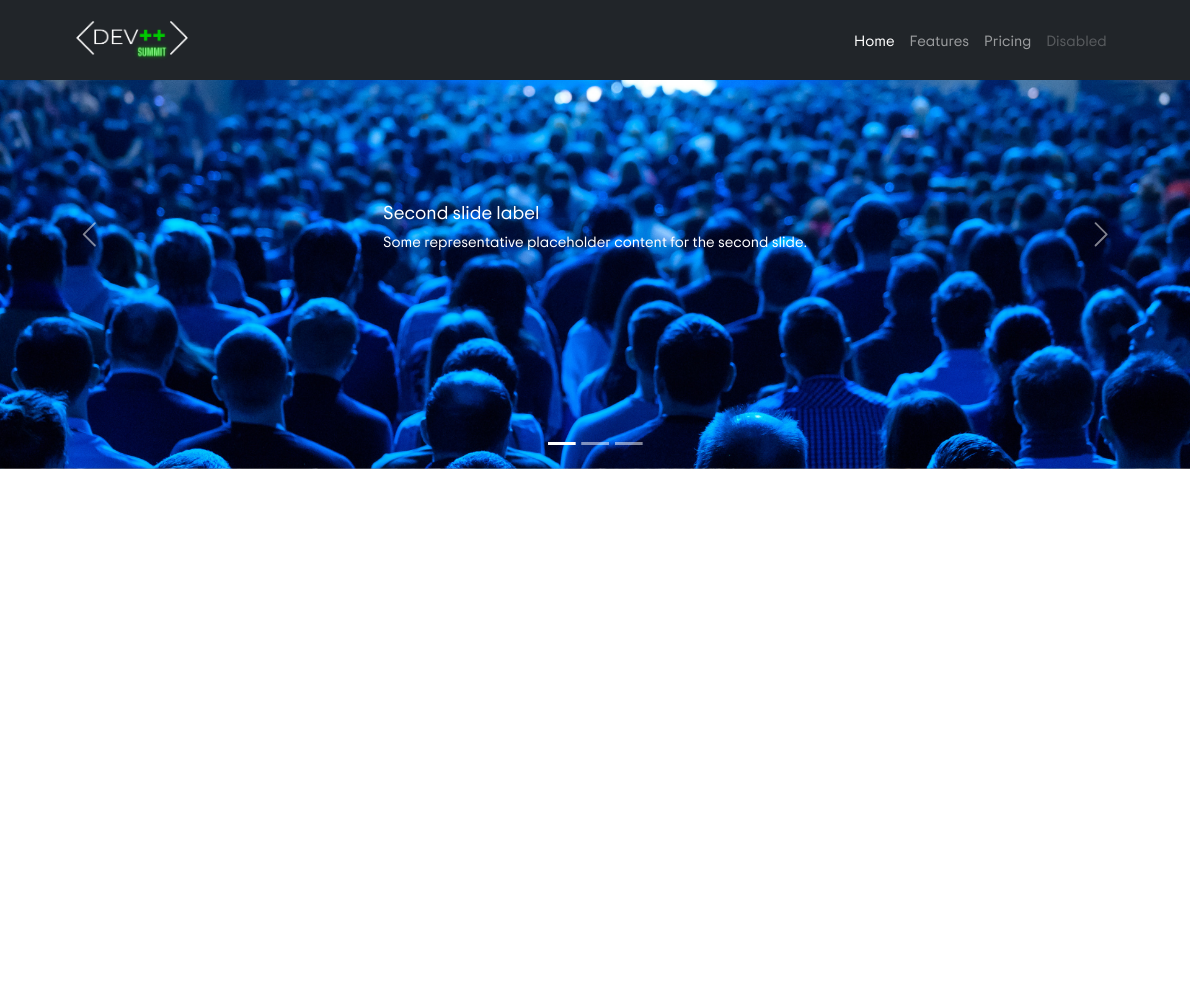
Repository: GScholl/ProjetoWeb_
Page: index.html
The author's editor kept a copy of each file at every save. The page is drawn from the files as they stood at one save, then again after the next save.
The browser window is 1280 px wide. The pictures show the whole page, at 93% of full size.

Above is the page before, as saved 2023-08-23 09:27:18.

### index.html
<!DOCTYPE html>
<html lang="pt-BR">

<head>
  <meta charset="UTF-8">
  <meta name="viewport" content="width=device-width, initial-scale=1.0">
  <title>Dev+</title>
  <link rel="stylesheet" href="/Bootstrap/css/bootstrap.min.css">
  <link rel="stylesheet" href="/css/style.css">
</head>

<body>
  <nav class="navbar navbar-expand-lg fixed-top navbar-dark bg-dark t">
    <div class="container d-flex  flex-row  justify-content-between">


        <a class="navbar-brand" href="#"><img src="/img/DEV+.png" alt="logotipo da conferência" class="logo"></a>
        <button class="navbar-toggler" type="button" data-bs-toggle="collapse" data-bs-target="#navbarNav"
          aria-controls="navbarNav" aria-expanded="false" aria-label="Toggle navigation">
          <span class="navbar-toggler-icon"></span>
        </button>

      <div class="collapse navbar-collapse justify-content-end " id="navbarNav">
        <ul class="navbar-nav">
          <li class="nav-item">
            <a class="nav-link active" aria-current="page" href="#">Home</a>
          </li>
          <li class="nav-item">
            <a class="nav-link" href="#">Features</a>
          </li>
          <li class="nav-item">
            <a class="nav-link" href="#">Pricing</a>
          </li>
          <li class="nav-item">
            <a class="nav-link disabled">Disabled</a>
          </li>
        </ul>
      </div>

    </div>
  </nav>
<div id="carouselExampleCaptions" class="carousel slide" data-bs-ride="false">
  <div class="carousel-indicators">
    <button type="button" data-bs-target="#carouselExampleCaptions" data-bs-slide-to="0" class="active"
      aria-current="true" aria-label="Slide 1"></button>
    <button type="button" data-bs-target="#carouselExampleCaptions" data-bs-slide-to="1" aria-label="Slide 2"></button>
    <button type="button" data-bs-target="#carouselExampleCaptions" data-bs-slide-to="2" aria-label="Slide 3"></button>
  </div>

  <div class="carousel-inner">
    <div class="carousel-item active  item-1">

      <div class="carousel-caption d-none d-md-block">
        <h5>First slide label</h5>
        <p>Some representative placeholder content for the first slide.</p>
      </div>
    </div>
    <div class="carousel-item d-flex justify-content-center align-items-center item-2 ">

      <div class="text-white d-none d-md-block">
        <h5>Second slide label</h5>
        <p>Some representative placeholder content for the second slide.</p>
      </div>
    </div>
    <div class="carousel-item item-3">

      <div class="carousel-caption d-none d-md-block">
        <h5>Third slide label</h5>
        <p>Some representative placeholder content for the third slide.</p>
      </div>
    </div>
  </div>
  <button class="carousel-control-prev" type="button" data-bs-target="#carouselExampleCaptions" data-bs-slide="prev">
    <span class="carousel-control-prev-icon" aria-hidden="true"></span>
    <span class="visually-hidden">Previous</span>
  </button>
  <button class="carousel-control-next" type="button" data-bs-target="#carouselExampleCaptions" data-bs-slide="next">
    <span class="carousel-control-next-icon" aria-hidden="true"></span>
    <span class="visually-hidden">Next</span>
  </button>
</div>
  <script src="/Bootstrap/js/bootstrap.bundle.min.js"></script>
</body>

</html>

### css/style.css
@font-face {
  font-family: "Trip-sans";
  src: url(/font/TripSans-Regular.ttf);
}
* {
  font-family: "Trip-sans", sans-serif;
  transition: 0.2s all;
}
body{
  height: 150vh;;
}
.logo {
  height: 60px;
}
.item-1 {
  background-image: url(/img/1.png);
  height: 70vh;
  background-position: center;
  background-size: cover;
 background-repeat: no-repeat;
}
.item-2 {
  background-image: url(/img/2.png);
  height: 70vh;
  background-position: center;
  background-size: cover;
  background-repeat: no-repeat;

}
.item-3 {
  background-image: url(/img/3.png);
  height: 70vh;
  background-position: center;
  background-size: cover;
  background-repeat: no-repeat;
}

Loaded but not shown: Bootstrap/css/bootstrap.min.css (library); Bootstrap/js/bootstrap.bundle.min.js (library)

After the next save:
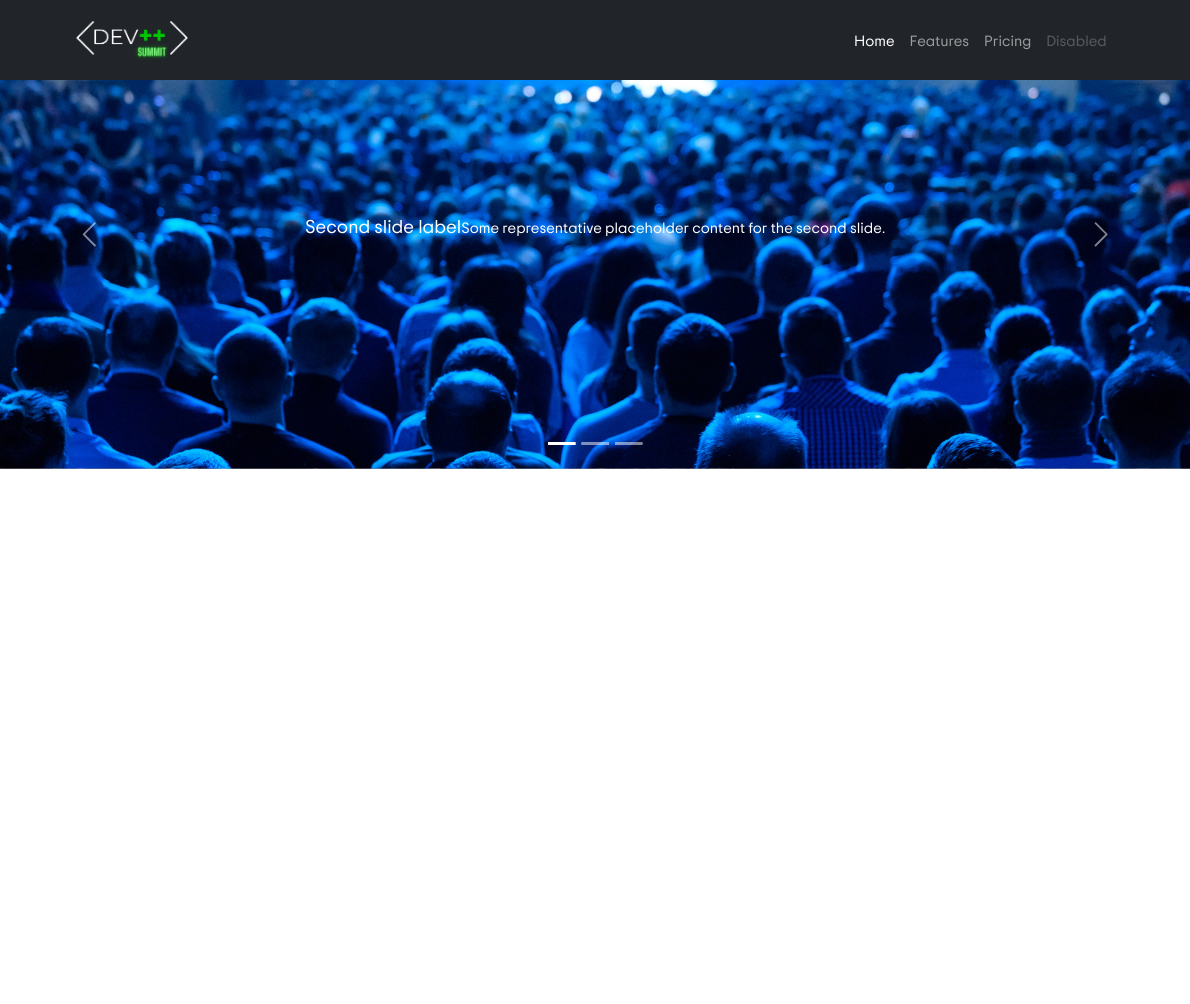
Saved 4 s later.
--- a/index.html
+++ b/index.html
@@ -57,7 +57,7 @@
     </div>
     <div class="carousel-item d-flex justify-content-center align-items-center item-2 ">
 
-      <div class="text-white d-none d-md-block">
+      <div class="text-white d-none d-md-flex">
         <h5>Second slide label</h5>
         <p>Some representative placeholder content for the second slide.</p>
       </div>
